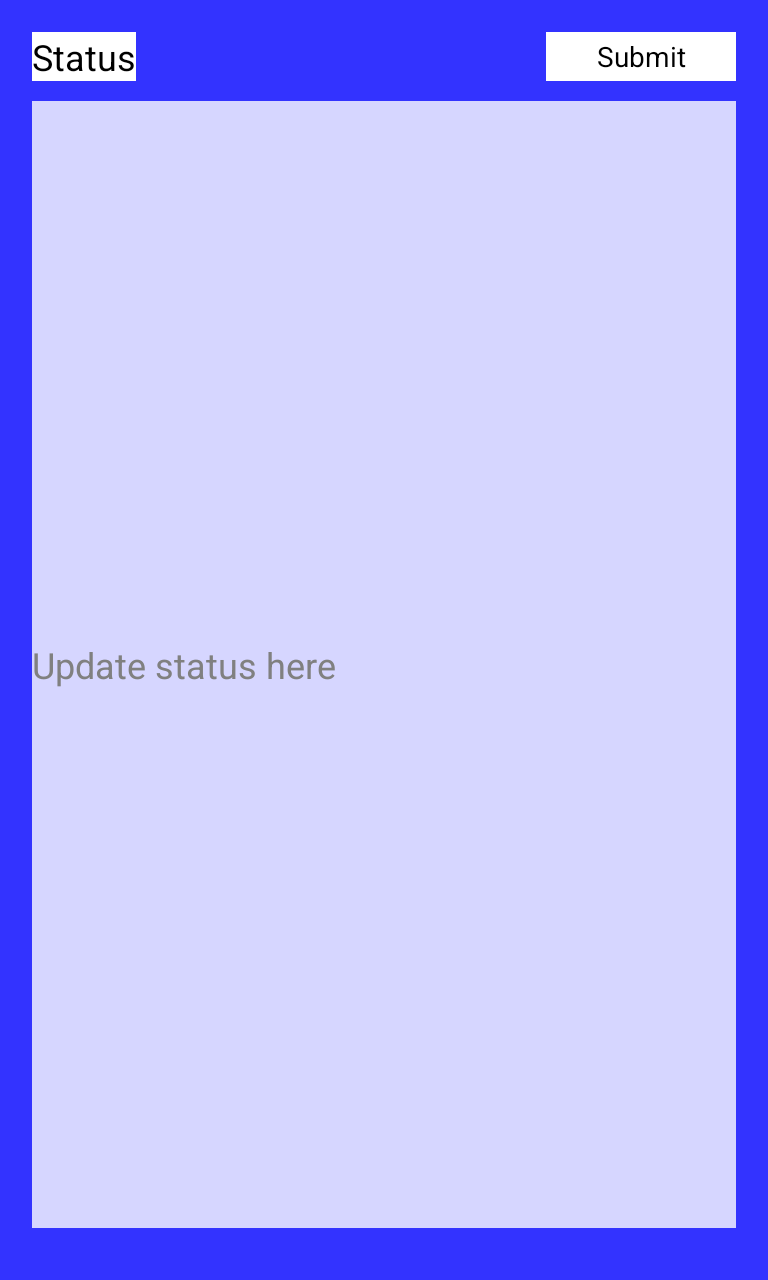
Repository: vamsiampolu/androidworkspace
Layout: YambaProject/res/layout/activity_main.xml
An editor plug-in stored every save of this project. The layout is shown before and after the next save, followed by the edit.
It is drawn on a 768 x 1280 px phone screen (xhdpi) without system bars, with theme android:Theme.Light; the app's code is not run.

Above is the layout before, as saved 2013-05-09 09:27:59.

### YambaProject/res/layout/activity_main.xml
<RelativeLayout xmlns:android="http://schemas.android.com/apk/res/android"
    xmlns:tools="http://schemas.android.com/tools"
    android:layout_width="match_parent"
    android:layout_height="match_parent"
    android:background="@color/myBlue"
    android:paddingBottom="@dimen/activity_vertical_margin"
    android:paddingLeft="@dimen/activity_horizontal_margin"
    android:paddingRight="@dimen/activity_horizontal_margin"
    android:paddingTop="@dimen/activity_vertical_margin"
    android:orientation="vertical"
    tools:context=".MainActivity"
     >
<!-- When something is specified in values the only important
thing is the type of resource it is,not it's path
so values->colors->color->myBlue is simply "@color/myBlue"

Colors are specified as #RGB (F represents 255)#FRGB includes alpha channel
#c00F is to specify a value of translucence ,then there is #FFFRGB(??)

If a style is applied to a widget it is called a style,if it is applied to
an Activity it is called a theme

It is recommended that you put all non unique attributes of a widget in a style,
for ease of reuse

One can use extract style in Graphical Layout and apply to something else

Eclipse has a feature to extract style from an existing element and put it in styles.xml
Styles have no namespace

if adb loses your device try adb kill server and adb launch server
-->
    <TextView
        	android:id="@+id/txt_status"
        	style="@style/txt_style"
        	android:text="Status"
        	android:layout_alignParentLeft="true"
        	android:layout_alignParentTop="true"
        />

    <Button android:id="@+id/btn_status"
            android:layout_width="95dp"
            android:layout_height="wrap_content"
            android:layout_alignParentRight="true"
            android:layout_alignParentTop="true"
            android:text="Submit"
            android:layout_alignBottom="@id/txt_status"
            android:background="#FFF"
            />
    <EditText android:layout_width="fill_parent"
        	  android:id="@+id/edit_status"
        	  android:layout_alignParentBottom="true"
   			  android:hint="Update status here"
   			  android:layout_below="@id/txt_status"
   			  android:layout_marginTop="10dp"
   			  android:layout_marginBottom="10dp"
   			  android:inputType="textMultiLine"
   			  android:background="#cFFF"
   />
</RelativeLayout>

### YambaProject/res/values/colors.xml
<?xml version="1.0" encoding="utf-8"?>
<resources>
    <color name="myBlue">#c00f</color>

</resources>

### YambaProject/res/values/my_style.xml
<?xml version="1.0" encoding="utf-8"?>
<resources xmlns:android="http://schemas.android.com/apk/res/android">

    <style name="txt_style">
        <item name="android:layout_width">wrap_content</item>
        <item name="android:layout_height">wrap_content</item>
        <item name="android:background">#FFF</item>

        <item name="android:textAppearance">?android:attr/textAppearanceMedium</item>
    </style>

</resources>

Loaded but not shown: YambaProject/res/values/dimens.xml (common file)

After the next save:
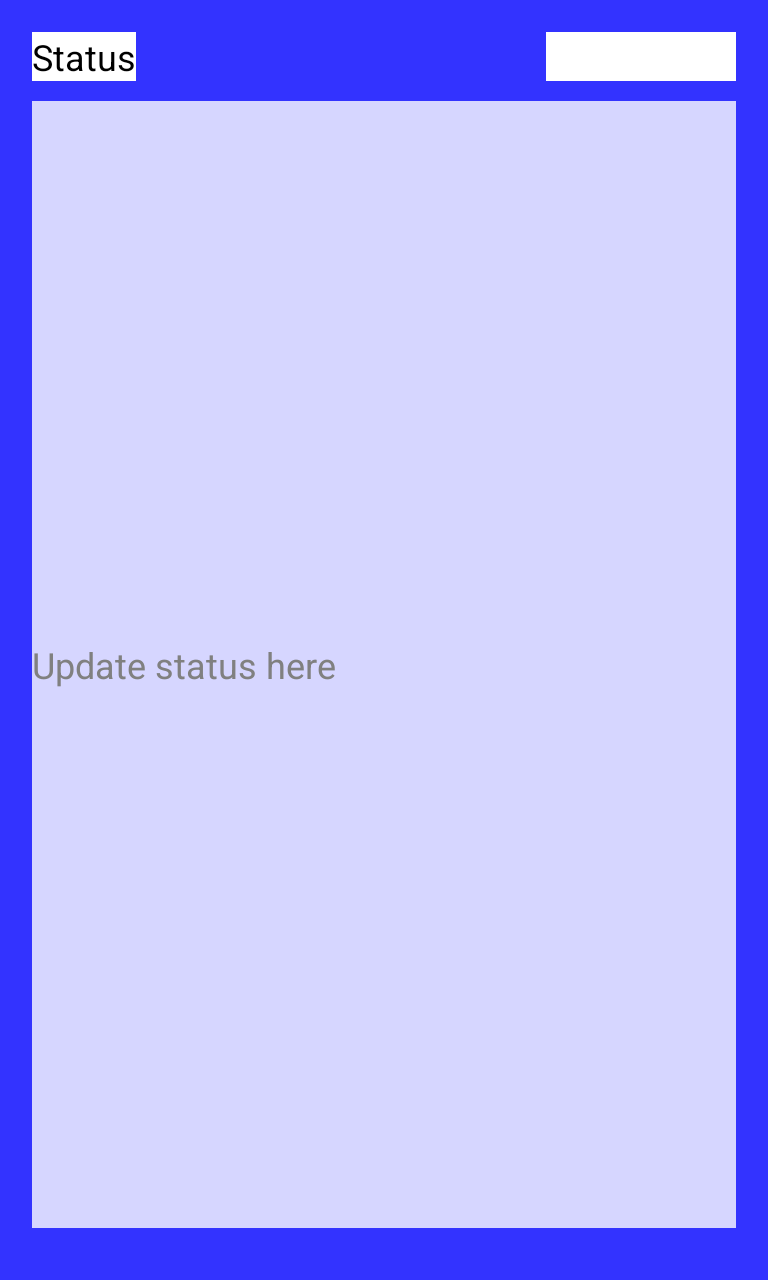
Saved 30 s later.
--- a/YambaProject/res/layout/activity_main.xml
+++ b/YambaProject/res/layout/activity_main.xml
@@ -44,6 +44,7 @@
             android:layout_alignParentRight="true"
             android:layout_alignParentTop="true"
             android:text="Submit"
+            android:padding="10dp"
             android:layout_alignBottom="@id/txt_status"
             android:background="#FFF"
             />

After the save that followed:
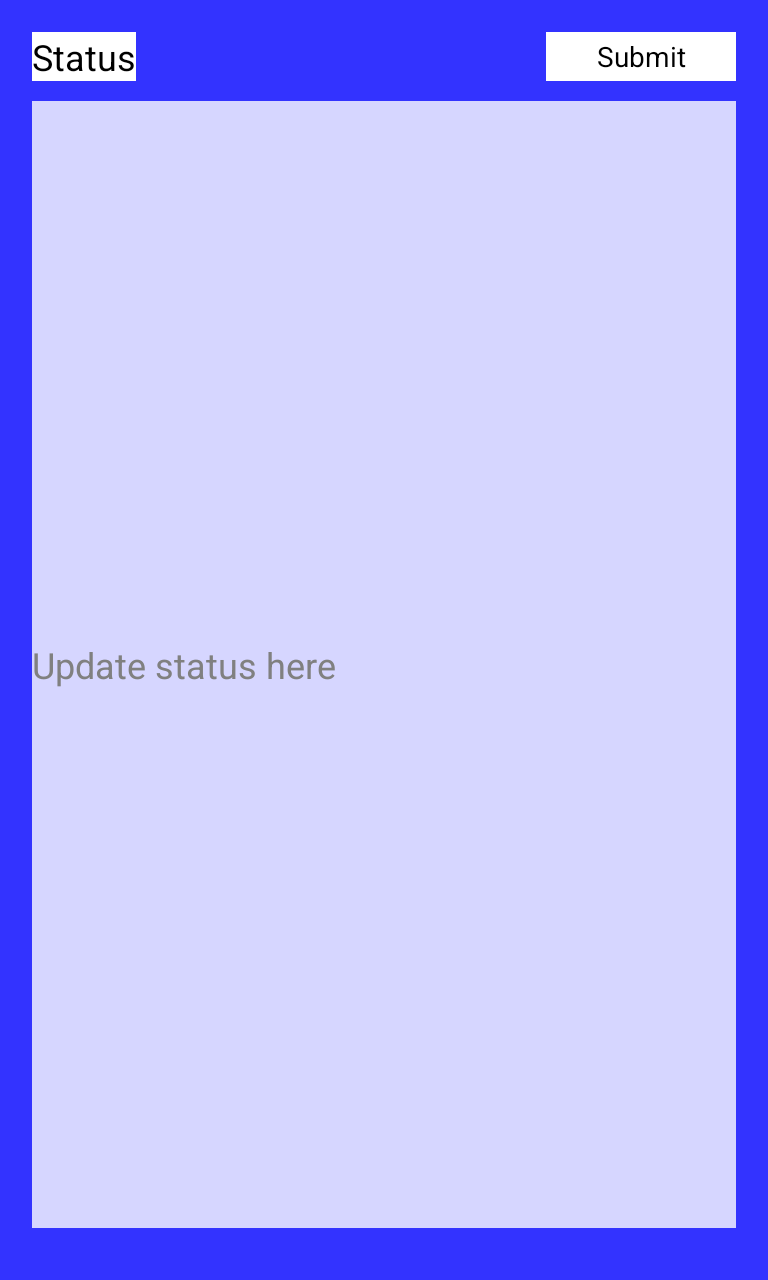
Saved 25 s later.
--- a/YambaProject/res/layout/activity_main.xml
+++ b/YambaProject/res/layout/activity_main.xml
@@ -44,7 +44,7 @@
             android:layout_alignParentRight="true"
             android:layout_alignParentTop="true"
             android:text="Submit"
-            android:padding="10dp"
+
             android:layout_alignBottom="@id/txt_status"
             android:background="#FFF"
             />
